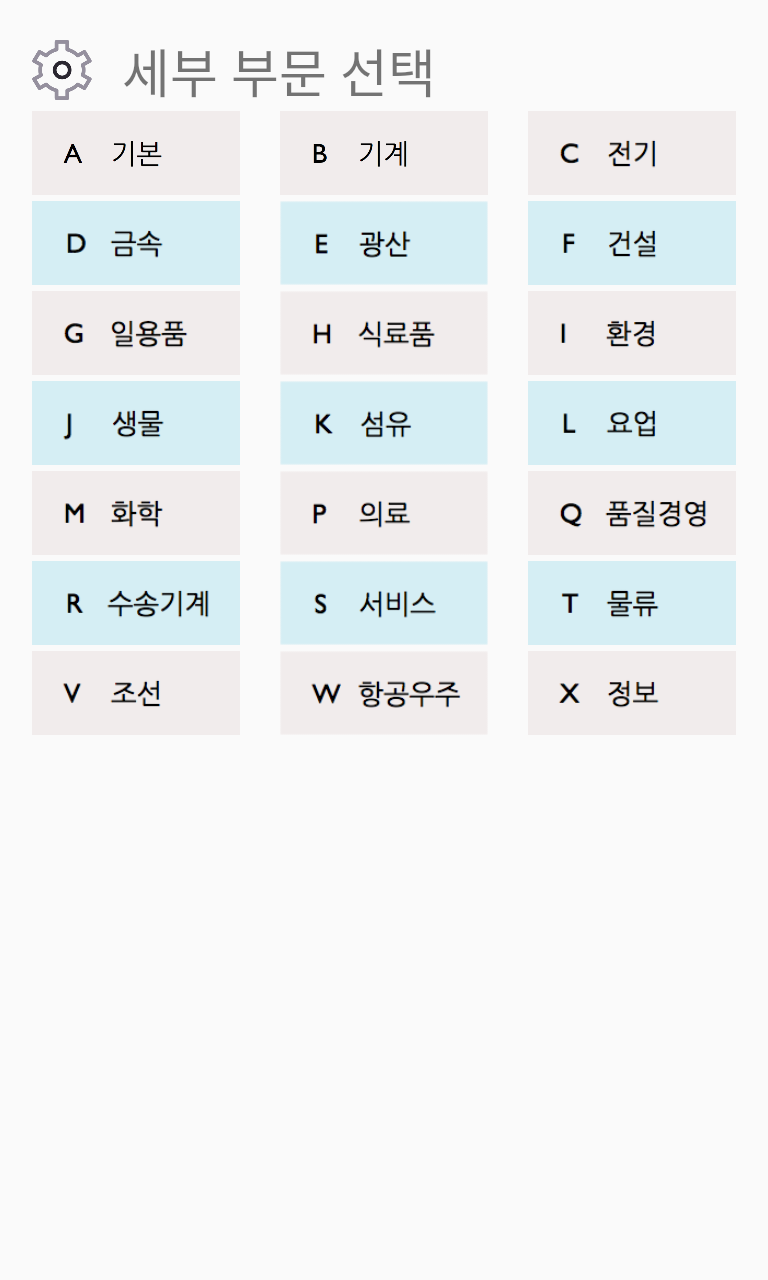
Repository: team-peony/ccfinder
Layout: android/CertifiedCompanyFinder/res/layout/fragment_category_ks.xml
An editor plug-in stored every save of this project. The layout is shown before and after the next save, followed by the edit.
It is drawn on a 768 x 1280 px phone screen (xhdpi) without system bars, with theme AppTheme; the app's code is not run.

Above is the layout before, as saved 2015-02-20 05:41:39.

After the next save:
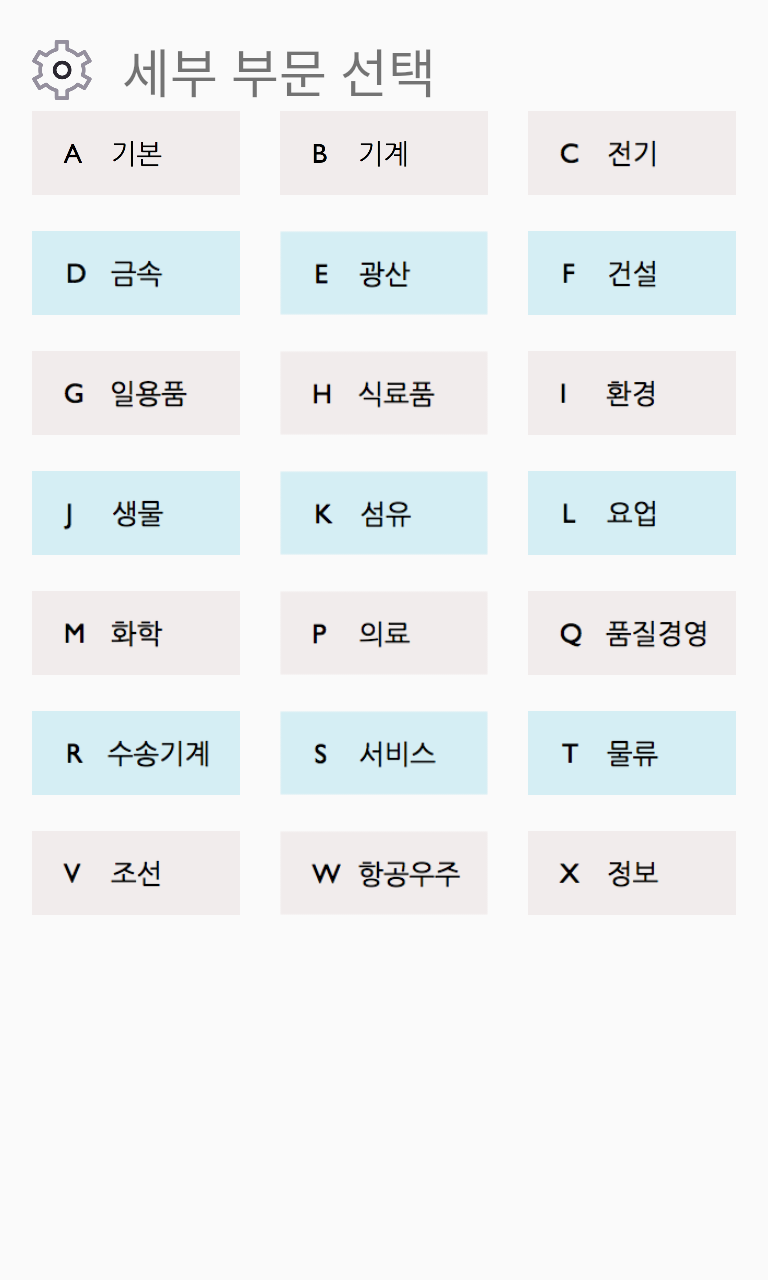
Saved 48 s later.
--- a/android/CertifiedCompanyFinder/res/layout/fragment_category_ks.xml
+++ b/android/CertifiedCompanyFinder/res/layout/fragment_category_ks.xml
@@ -67,6 +67,7 @@
         <LinearLayout
             android:layout_width="match_parent"
             android:layout_height="wrap_content"
+            android:layout_marginTop="15dp"
             android:orientation="horizontal"
             android:gravity="center_horizontal">
 
@@ -98,6 +99,7 @@
         <LinearLayout
             android:layout_width="match_parent"
             android:layout_height="wrap_content"
+            android:layout_marginTop="15dp"
             android:orientation="horizontal"
             android:gravity="center_horizontal">
 
@@ -130,6 +132,7 @@
             android:layout_width="match_parent"
             android:layout_height="wrap_content"
             android:orientation="horizontal"
+            android:layout_marginTop="15dp"
             android:gravity="center_horizontal">
 
 			<ImageView
@@ -161,6 +164,7 @@
             android:layout_width="match_parent"
             android:layout_height="wrap_content"
             android:orientation="horizontal"
+            android:layout_marginTop="15dp"
             android:gravity="center_horizontal">
 
 			<ImageView
@@ -191,6 +195,7 @@
         <LinearLayout
             android:layout_width="match_parent"
             android:layout_height="wrap_content"
+            android:layout_marginTop="15dp"
             android:orientation="horizontal"
             android:gravity="center_horizontal">
 
@@ -222,6 +227,7 @@
         <LinearLayout
             android:layout_width="match_parent"
             android:layout_height="wrap_content"
+            android:layout_marginTop="15dp"
             android:orientation="horizontal"
             android:gravity="center_horizontal">
 
